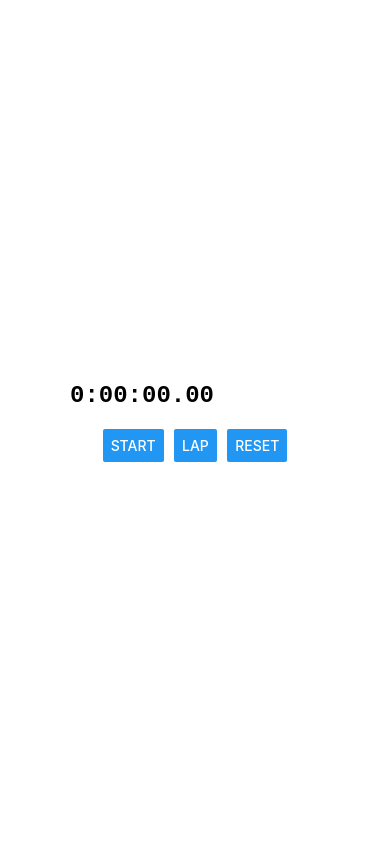
Repository: Shopify/eng-intern-assessment-react-native
Screen: /
An editor plug-in stored every save of this project. The screen is shown before and after the next save, followed by the edit.
The app was drawn by React Native's web renderer in a window 390 px wide. The project was rebuilt for these pictures with package versions that can differ from the ones it lists, and the page was loaded fresh each time.

Above is the screen before, as saved 2024-01-13 12:21:26.

### App.tsx
import { StatusBar } from 'expo-status-bar';
import { StyleSheet, Text, View } from 'react-native';
import StopWatch from './src/StopWatch';

export default function App() {
  return (
    <View style={styles.container}>
      <StopWatch></StopWatch>
      <StatusBar style="auto" />
    </View>
  );
}

const styles = StyleSheet.create({
  container: {
    flex: 1,
    backgroundColor: '#fff',
    alignItems: 'center',
    justifyContent: 'center',
  },
});

### src/StopWatch.tsx
import React, { useState, useEffect } from 'react';
import { Text, View, StyleSheet } from 'react-native';
import StopWatchButton from './StopWatchButton';

const StopWatch = () => {
  const [isRunning, setIsRunning] = useState(false);
  const [timeElapsed, setTimeElapsed] = useState(0);
  const [laps, setLaps] = useState<number[]>([]);

  useEffect(() => {
    let interval: ReturnType<typeof setInterval>;
    if (isRunning) {
      interval = setInterval(() => {
        setTimeElapsed(prevTime => prevTime + 10); // Increment every 10 milliseconds
      }, 10);
    }
    return () => clearInterval(interval);
  }, [isRunning]);

  const handleStartStop = () => {
    setIsRunning(!isRunning);
  };

  const handleLap = () => {
    setLaps([...laps, timeElapsed]);
  };

  const handleReset = () => {
    setIsRunning(false);
    setTimeElapsed(0);
    setLaps([]);
  };

  const formatTime = (milliseconds: number) => {
    const hours = Math.floor(milliseconds / 3600000); // 1 Hour = 3600000 Milliseconds
    const minutes = Math.floor((milliseconds % 3600000) / 60000); // 1 Minute = 60000 Milliseconds
    const seconds = Math.floor((milliseconds % 60000) / 1000); // 1 Second = 1000 Milliseconds
    const millis = Math.floor((milliseconds % 1000) / 10); // Display only two digits for milliseconds

    return `${hours}:${minutes.toString().padStart(2, '0')}:${seconds.toString().padStart(2, '0')}.${millis.toString().padStart(2, '0')}`;
  };


  return (
    <View style={styles.outerContainer}>
      <View style={styles.container}>
        <Text style={styles.timerText}>{formatTime(timeElapsed)}</Text>
      </View>
      {laps.map((lap, index) => (
        <Text key={index} style={styles.lapText}>{`Lap ${index + 1}: ${formatTime(lap)}`}</Text>
      ))}
      <View style={styles.buttonContainer}>
        <StopWatchButton title={isRunning ? "Stop" : "Start"} onPress={handleStartStop} />
        <StopWatchButton title="Lap" onPress={handleLap} />
        <StopWatchButton title="Reset" onPress={handleReset} />
      </View>
    </View>
  );
};

const styles = StyleSheet.create({
  outerContainer: {
    flex: 1,
    justifyContent: 'center',
    alignItems: 'center',
    width: '100%', // Full width to center the inner container
  },
  container: {
    minWidth: 250, // Adjust this based on the expected longest time string
    alignItems: 'flex-start', // Keeps the text stable
    justifyContent: 'center',
  },
  timerText: {
    fontSize: 24,
    fontWeight: 'bold',
    fontFamily: 'monospace',
    textAlign: 'left', // Align text to the left to keep it stable
  },
  lapText: {
    fontSize: 16,
  },
  buttonContainer: {
    flexDirection: 'row', // This will arrange buttons side by side
    justifyContent: 'space-around',
    width: '50%', // Adjust as needed
    marginTop: 20,
  },
});

export default StopWatch;

### src/StopWatchButton.tsx
import React from 'react';
import { Button, View } from 'react-native';

type Props = {
  title: string;
  onPress: () => void;
};

const StopWatchButton: React.FC<Props> = ({ title, onPress }) => {
  return (
    <View>
      <Button title={title} onPress={onPress} />
    </View>
  );
};

export default StopWatchButton;

After the next save:
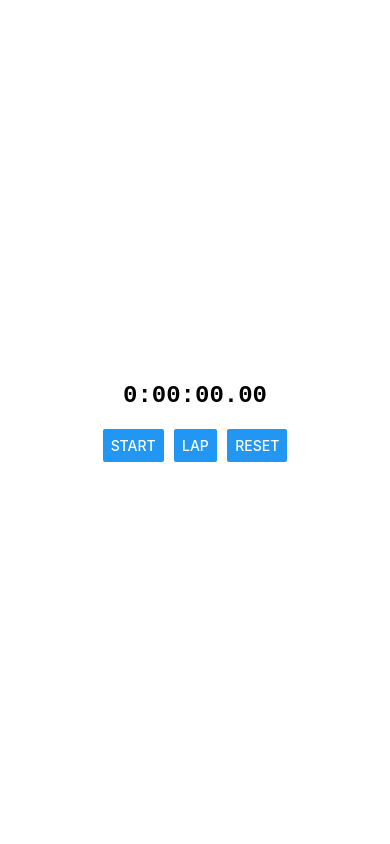
Saved 7 s later.
--- a/src/StopWatch.tsx
+++ b/src/StopWatch.tsx
@@ -66,15 +66,18 @@ const styles = StyleSheet.create({
     width: '100%', // Full width to center the inner container
   },
   container: {
-    minWidth: 250, // Adjust this based on the expected longest time string
-    alignItems: 'flex-start', // Keeps the text stable
-    justifyContent: 'center',
+    // Instead of minWidth, we'll use width here to ensure the container size is fixed.
+    width: 250, // This width should be the same or greater than the widest possible time string.
+    alignItems: 'center', // This will center the text horizontally within the container.
+    justifyContent: 'center', // This will center the text vertically within the container.
   },
   timerText: {
     fontSize: 24,
     fontWeight: 'bold',
     fontFamily: 'monospace',
-    textAlign: 'left', // Align text to the left to keep it stable
+    // The text is centered within its container, and the container's width is fixed.
+    // This should keep the position stable horizontally.
+    textAlign: 'center',
   },
   lapText: {
     fontSize: 16,
